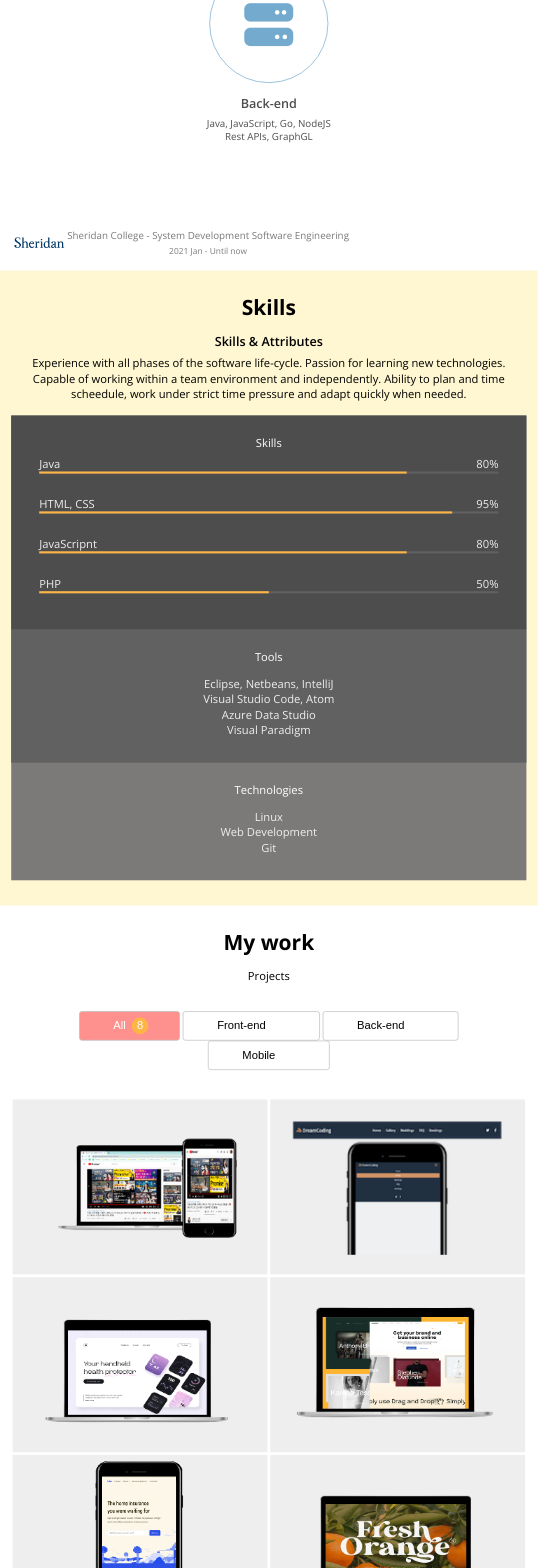
Repository: jennyjjung/portfolio.v0
Page: index.html
An editor plug-in stored every save of this project. The page is shown before and after the next save, followed by the edit.
The browser window is 768 px wide. The pictures show the part of the page from y = 1472 to 3712 px (the page is 4911 px tall before and 4831 px after), at 70% of full size.
Some web libraries are served in a nearby version.

Above is the page before, as saved 2022-02-28 12:04:29.

### index.html
<!DOCTYPE html>
<html lang="en">

<head>
  <meta charset="UTF-8">
  <meta http-equiv="X-UA-Compatible" content="IE=edge">
  <meta name="viewport" content="width=device-width, initial-scale=1.0">
  <title>Jenny's Portfolio</title>
  <meta name="description" content="Portfolio for world-renowned software engineer Jenny">
  <meta nema="author" content="Jenny">
  <link rel="icon" type="image/png" href="imgs/favicon.png" />
  <script src="https://kit.fontawesome.com/3a426e8432.js" crossorigin="anonymous"></script>
  <link rel="preconnect" href="https://fonts.googleapis.com">
  <link rel="preconnect" href="https://fonts.gstatic.com" crossorigin>
  <link href="https://fonts.googleapis.com/css2?family=Open+Sans:wght@400;600;700&display=swap" rel="stylesheet">
  <link rel="stylesheet" href="style.css" />
  <script src="main.js" defer></script>
</head>

<body>
  <!-- Navbar -->
  <nav id="navbar">
    <div class="navbar__logo">
      <i class="fab fa-diaspora"></i>
      <a href="#">Jenny</a>
    </div>
    <div class="navbar__menu">
        <li class="navbar__menu__item active" data-link="#home">Home</li>
        <li class="navbar__menu__item" data-link="#about">About</li>
        <li class="navbar__menu__item" data-link="#skills">Skills</li>
        <li class="navbar__menu__item" data-link="#work">My Work</li>
        <li class="navbar__menu__item" data-link="#testimonials">Testimonial</li>
        <li class="navbar__menu__item" data-link="#contact">Contact</li>
    </div>

    <!-- Toggel button -->
    <button class="navbar__toggle-btn">
      <i class="fas fa-bars"></i>
    </button>



  </nav>

  <!-- Home -->
  <section id="home">
    <div class= "home__container">
      <img src="imgs/profile.png" alt="Jenny's profile photo" class="home__avartar">
      <h1 class="home__title">Hello, <br>I am a Dream Coder!</h1>
      <h2 class="home__description">A Software Engineer currently residing in Ontario, Canada.</h2>
      <button class="home__contact">Contact Me</button>
    </div>
  </section>

  <!-- About -->
  <section id="about" class="section section__container">
    <h1>About me</h1>
    <p>
      Lorem ipsum dolor sit amet, consectetur adipisicing elit. Reiciendis, sit ex eos deserunt suscipit nobis
      aspernatur iste laudantium quibusdam aut, error iusto porro ut fuga corporis quis expedita, odit beatae?
    </p>
    <div class="about__majors">
      <div class="major">
        <div class="major__icon">
          <i class="fab fa-css3-alt"></i>
        </div>
        <h2 class="major__title">Front-end</h2>
        <div class="major__description">HTML, CSS, JavaScript, TypeScript, <br>React, Vue, Web APIs</div>
      </div>
      <div class="major">
        <div class="major__icon">
          <i class="fas fa-mobile-alt"></i>
        </div>
        <h2 class="major__title">Mobile</h2>
        <div class="major__description">Android, iOS, React Native, Flutter<br>Java, Swift, Kotilin</div>
      </div>
      <div class="major">
        <div class="major__icon">
          <i class="fas fa-server"></i>
        </div>
        <h2 class="major__title">Back-end</h2>
        <div class="major__description">Java, JavaScript, Go, NodeJS<br>Rest APIs, GraphGL</div>
      </div>
    </div>
    <div class="about__org">
      <div class="org">
        <img src="imgs/Sheridan_College_Logo.png" alt="Sheridan College" class="org__logo">
        <div class="job__description">
          <p class="org__name">Sheridan College - System Development Software Engineering</p>
          <p class="org__period">2021 Jan - Until now</p>
        </div>
      </div>
    </div>
  </section>

  <!-- Skills -->
  <section id="skills" class="section">
    <div class="section__container">
      <h1>Skills</h1>
      <h2>Skills & Attributes</h2>
      <p>
        Experience with all phases of the software life-cycle. Passion for learning new technologies. Capable of working
        within a team environment and independently. Ability to plan and time scheedule, work under strict time pressure
        and adapt quickly when needed.
      </p>

      <div class="skillset">
        <div class="skillset__left">
          <h3 class="skillset_title">Skills</h3>
          <div class="skill">
            <div class="skill_description">
              <span>Java</span>
              <span>80%</span>
            </div>
            <div class="skill__bar">
              <div class="skill__value" style="width:80%;"></div>
            </div>
          </div>
          <div class="skill">
            <div class="skill_description">
              <span>HTML, CSS</span>
              <span>95%</span>
            </div>
            <div class="skill__bar">
              <div class="skill__value" style="width:90%;"></div>
            </div>
          </div>
          <div class="skill">
            <div class="skill_description">
              <span>JavaScripnt</span>
              <span>80%</span>
            </div>
            <div class="skill__bar">
              <div class="skill__value" style="width:80%;"></div>
            </div>
          </div>
          <div class="skill">
            <div class="skill_description">
              <span>PHP</span>
              <span>50%</span>
            </div>
            <div class="skill__bar">
              <div class="skill__value" style="width:50%;"></div>
            </div>
          </div>
        </div>

        <div class="skillset__right">
          <div class="tools">
            <h3 class="skillset_title">Tools</h3>
            <ul class="tools__list">
              <li><span>Eclipse, Netbeans, IntelliJ</span></li>
              <li><span>Visual Studio Code, Atom</span></li>
              <li><span>Azure Data Studio</span></li>
              <li><span>Visual Paradigm</span></li>
            </ul>
          </div>
          <div class="technologies">
            <h3 class="skillset_title">Technologies</h3>
            <ul class="tools__list">
              <li><span>Linux</span></li>
              <li><span>Web Development</span></li>
              <li><span>Git</span></li>
            </ul>
          </div>
        </div>
      </div>
    </div>
  </section>

  <!-- Work -->
  <section id="work" class="section">
    <div class="section__container">
      <h1>My work</h1>
      <h3>Projects</h3>
      <div class="work__categories">
        <button class="category__btn selected" data-filter="*">All <span class="category__count">8</span></button>
        <button class="category__btn" data-filter="front-end">Front-end <span class="category__count">3</span></button>
        <button class="category__btn" data-filter="back-end">Back-end <span class="category__count">3</span></button>
        <button class="category__btn" data-filter="mobile">Mobile <span class="category__count">2</span></button>
      </div>

      <div class="work__projects">
        <a href="#" class="project" target="blank" data-type="front-end">
          <img class="project__img" src="imgs/projects/project1.png" alt="project1">
          <div class="project__description">
            <h3>Youtube Site</h3>
            <span>Clone coding with HTML and CSS</span>
          </div>
        </a>


        <a href="#" class="project" target="blank" data-type="back-end">
          <img class="project__img" src="imgs/projects/project2.png" alt="project2">
          <div class="project__description">
            <h3>project2</h3>
            <span>Clone coding with HTML and CSS</span>
          </div>
        </a>

        <a href="#" class="project" target="blank" data-type="front-end">
          <img class="project__img" src="imgs/projects/project3.png" alt="project3">
          <div class="project__description">
            <h3>project3</h3>
            <span>Clone coding with HTML and CSS</span>
          </div>
        </a>

        <a href="#" class="project" target="blank" data-type="back-end">
          <img class="project__img" src="imgs/projects/project4.png" alt="project4">
          <div class="project__description">
            <h3>project4</h3>
            <span>Clone coding with HTML and CSS</span>
          </div>
        </a>

        <a href="#" class="project" target="blank" data-type="mobile">
          <img class="project__img" src="imgs/projects/project5.png" alt="project5">
          <div class="project__description">
            <h3>project5</h3>
            <span>Clone coding with HTML and CSS</span>
          </div>
        </a>


        <a href="#" class="project" target="blank" data-type="front-end">
          <img class="project__img" src="imgs/projects/project6.png" alt="project6">
          <div class="project__description">
            <h3>project6</h3>
            <span>Clone coding with HTML and CSS</span>
          </div>
        </a>


        <a href="#" class="project" target="blank" data-type="mobile">
          <img class="project__img" src="imgs/projects/project7.png" alt="project7">
          <div class="project__description">
            <h3>project7</h3>
            <span>Clone coding with HTML and CSS</span>
          </div>
        </a>


        <a href="#" class="project" target="blank" data-type="back-end">
          <img class="project__img" src="imgs/projects/project8.png" alt="project8">
          <div class="project__description">
            <h3>project8</h3>
            <span>Clone coding with HTML and CSS</span>
          </div>
        </a>
      </div>
    </div>
  </section>

  <!-- Testimonials -->
  <section id="testimonials" class="section">
    <div class="section__container">
      <h1>Testimonials</h1>
      <h3>See what they say about me</h3>
      <div class="testimonials">
        <div class="testimonial">
          <img src="imgs/testimonial/bob.jpg" alt="People" class="testimonial__avatar">
          <div class="testimonial__speech-bubble">
            <p>Lorem ipsum dolor sit amet consectetur adipisicing elit. Laboriosam, labore rem? Totam, vitae. Explicabo accusantium fuga, blanditiis dicta placeat ducimus delectus incidunt atque illo debitis nemo exercitationem animi consequatur rerum.</p>
            <p class="name"><a href="#">Ellie </a>/ Samsung</p>
          </div>
        </div>
      </div>

      <div class="testimonials">
        <div class="testimonial">
          <div class="testimonial__speech-bubble">
            <p>Lorem ipsum dolor sit amet consectetur adipisicing elit. Laboriosam, labore rem? Totam, vitae. Explicabo accusantium fuga, blanditiis dicta placeat ducimus delectus incidunt atque illo debitis nemo exercitationem animi consequatur rerum.</p>
            <p class="name"><a href="#">Chris </a>/ Samsung</p>
          </div>
          <img src="imgs/testimonial/bob.jpg" alt="People" class="testimonial__avatar">
        </div>
      </div>
    </div>

  </section>

  <!-- Contact -->
  <section id="contact" class="section">
    <h1 class="contact__title">Let's talk</h1>
    <h2 class="contact__email">jungjuyo@sheridancollege.ca</h2>
    <div class="contact__links">
      <a href="https://github.com/jennyjjung" target="_blank">
        <i class="fa fa-github"></i>
      </a>
      <a href="https://www.linkedin.com/in/jennyjjung" target="_blank">
        <i class="fa fa-linkedin-square"></i>
      </a>
    </div>
    <p class="contact__rights">2021 Jenny Juyoung Jung - All reights reserved</p>
  </section>

  <!-- Arrow up-->
  <button class="arrow-up">
    <i class="fa-solid fa-arrow-up"></i>
  </button>
</body>

</html>

### style.css
/* Global */
:root {
  /* Color */
  --color-white: #ffffff;
  --color-light-white: #eeeeee;
  --color-dark-white: #bdbdbd;
  --color-pink: #fe918d;
  --color-dark-pink: #ff6863;
  --color-dark-grey: #4d4d4d;
  --color-grey: #616161;
  --color-light-grey: #7c7979;
  --color-blue: #73aace;
  --color-yellow: #fff7d1;
  --color-orange: #feb546;
  --color-black: #000000;

  /* Font weight */
  --weight-bold: 700;
  --weight-semi-bold: 600;
  --weight-regular: 400;

  /* Font Size */
  --font-large: 48px;
  --font-medium: 28px;
  --font-regular: 18px;
  --font-small: 16px;
  --font-micro: 14px;

  /* Size */
  --size-border-radius: 4px;

  /* Animation */
  --animation-duration: 300ms;
}

/* Universal tags */
* {
  box-sizing: border-box;
}

body {
  margin: 0;
  font-family: "Open Sans", sans-serif;
  cursor: default;
}

a {
  text-decoration: none;
  color: var(--color-white);
}

ul {
  list-style: none;
  padding-left: 0;
}

li {
  list-style: none;
}

button {
  background-color: transparent;
  cursor: pointer;
  border: none;
  outline: none;
}

/* Typography */
h1 {
  font-size: var(--font-large);
  font-weight: var(--weight-bold);
  color: var(--color-black);
  margin: 16px 0px;
}

h2 {
  font-size: var(--font-medium);
  font-weight: var(--weight-semi-bold);
  color: var(--color-black);
  margin: 8px 0;
}

h3 {
  font-size: var(--font-regular);
  font-weight: var(--weight-regular);
  color: var(--color-black);
  margin: 8px 0;
}

p {
  font-size: var(--font-regular);
  font-weight: var(--weight-regular);
  color: var(--color-black);
  margin: 4px 0;
}

/* Navbar */
#navbar {
  position: fixed;
  width: 100%;
  display: flex;
  justify-content: space-between;
  background-color: transparent;
  align-items: center;
  color: var(--color-white);
  padding: 16px;
  transition: all var(--animation-duration) ease-in-out;
  z-index: 1;
}

#navbar.navbar--dark {
  background-color: var(--color-pink);
  padding: 5px;
}

.navbar__menu {
  display: flex;
}

.navbar__logo {
  font-size: var(--font-medium);
  font-weight: var(--weight-semi-bold);
}

.navbar__menu__item {
  padding: 8px 12px;
  margin: 0 4px;
  cursor: pointer;
  color: var(--color-white);
  border: 1px solid transparent;
  border-radius: var(--size-border-radius);
}

.navbar__menu__item:hover {
  border-color: var(--color-white);
  background-color: var(--color-dark-pink);
}

.navbar__toggle-btn {
  position: absolute;
  right: 32px;
  font-size: 24px;
  color: var(--color-white);
  top: 24px;
  display: none;
}

/* Home */
#home {
  background: url("imgs/homebackground.png") center/cover no-repeat;
  padding: 40px;
  padding-top: 120px;
  text-align: center;
}

.home__avartar {
  width: 250px;
  height: 250px;
  border-radius: 50%;
  border: 2px solid var(--color-light-white);
}

.home__title,
.home__description {
  color: var(--color-white);
}

.home__contact {
  color: var(--color-light-white);
  font-size: var(--font-regular);
  font-weight: var(--weight-bold);
  margin: 24px;
  padding: 8px 12px;
  border: 2px solid var(--color-light-white);
  border-radius: var(--size-border-radius);
}

.home__contact:hover {
  background-color: var(--color-orange);
}

/* Section common */
.section {
  padding: 50px;
  text-align: center;
  margin: auto;
}

.section__container {
  max-width: 1200px;
  margin: auto;
}

/* About */
.about__majors {
  display: flex;
  justify-content: space-between;
  margin: 80px 0;
}

.major__icon {
  width: 170px;
  height: 170px;
  line-height: 170px;
  font-size: 70px;
  margin: auto;
  color: var(--color-blue);
  border: 1px solid var(--color-blue);
  border-radius: 50%;
  margin-bottom: 16px;
}

.major__icon i {
  transition: all var(--animation-duration) ease;
}

.major__icon:hover i {
  color: var(--color-pink);
  transform: rotate(-30deg) scale(1.1);
}

.major__title,
.major__description {
  color: var(--color-dark-grey);
}

.major__description {
  font-size: var(--font-small);
}

.org {
  display: flex;
  align-items: center;
}

.org img {
  width: 80px;
}

.org__description {
  margin: 0 16px;
  text-align: left;
}

.org__name,
.org__period {
  color: var(--color-light-grey);
}

.org__name {
  font-size: var(--font-small);
}

.org__period {
  font-size: var(--font-micro);
}

/* Skill */

#skills {
  background-color: var(--color-yellow);
}

.skillset {
  display: flex;
  background-color: var(--color-light-grey);
  color: var(--color-light-white);
  margin: 20px 0;
}

.skillset_title {
  color: var(--color-white);
}

.skillset__left {
  flex-basis: 60%;
  background-color: var(--color-dark-grey);
  padding: 20px 40px;
}

.skill {
  margin-bottom: 32px;
}

.skill_description {
  display: flex;
  justify-content: space-between;
}

.skill__bar {
  width: 100%;
  height: 3px;
  background-color: var(--color-grey);
}

.skill__value {
  height: 3px;
  background-color: var(--color-orange);
}

.skillset__right {
  flex-basis: 40%;
}

.tools {
  background-color: var(--color-grey);
}

.tools,
.technologies {
  padding: 20px;
}

/* Work */

.work__categories {
  margin: 40px;
}
.category__btn {
  border: 1px solid var(--color-dark-white);
  border-radius: var(--size-border-radius);
  font-size: var(--font-regular);
  padding: 8px 48px;
}

.category__btn.selected,
.category__btn:hover {
  background-color: var(--color-pink);
  color: var(--color-white);
}

.category__btn.selected .category__count,
.category__btn:hover .category__count {
  opacity: 1;
  top: 0;
}

.category__count {
  background-color: var(--color-orange);
  border-radius: 50%;
  color: var(--color-white);
  width: 24px;
  line-height: 24px;
  display: inline-block;
  position: relative;
  top: -20px;
  left: 4px;
  opacity: 0;
  transition: all var(--animation-duration);
}

.work__projects {
  display: flex;
  flex-wrap: wrap;
  justify-content: center;
  opacity: 1;
  transition: all var(--animation-duration) ease-out;
}

.work__projects.anim-out {
  opacity: 0;
  transform: scale(0.96) translateY(40px);
}

.project {
  display: flex;
  justify-content: center;
  align-items: center;
  position: relative;
  width: 280px;
  height: 250px;
  margin: 2px;
  background-color: var(--color-light-white);
}

.project.invisible {
  display: none;
}

.project__img {
  max-width: 100%;
  max-height: 100%;
}

.project__description {
  display: flex;
  flex-direction: column;
  justify-content: center;
  background-color: black;
  position: absolute;
  top: 0;
  left: 0;
  width: 100%;
  height: 100%;
  opacity: 0;
  transform: translateY(10px);
  transition: all var(--animation-duration) ease;
}

.project:hover .project__description {
  opacity: 0.8;
  transform: translateY(0px);
}

.project__description h3 {
  color: var(--color-orange);
}

.project__description h3:after {
  content: "";
  display: block;
  position: relative;
  left: 50%;
  width: 50px;
  height: 2px;
  transform: translateX(-50%);
  margin-top: 8px;
  background-color: var(--color-dark-white);
}

/* Testimonials */

#testimonials {
  background-color: var(--color-light-white);
}

.testimonials {
  margin: 40px;
}

.testimonial {
  display: flex;
  margin: 32px 0;
}

.testimonial__avatar {
  width: 150px;
  height: 150px;
  border-radius: 50%;
}

.testimonial__avatar:nth-child(odd) {
  margin-right: 40px;
}

.testimonial__avatar:nth-child(even) {
  margin-left: 40px;
}

.testimonial__speech-bubble {
  padding: 18px;
  background-color: var(--color-white);
  border-radius: var(--size-border-radius);
}

.testimonial__speech-bubble p {
  color: var(--color-light-grey);
}

.testimonial__speech-bubble a {
  color: var(--color-pink);
}

/* Contact */

#contact {
  background-color: var(--color-pink);
}

.contact__title,
.contact__email,
.contact__rights {
  color: var(--color-white);
}

.contact__title {
  margin: 32px 0;
}

.contact__links {
  font-size: var(--font-large);
  margin: 24px 0;
  transition: all var(--animation-duration);
}

.contact__links i:hover {
  transform: scale(1.1);
  color: var(--color-light-grey);
}

/* Scroll */
.arrow-up {
  position: fixed;
  bottom: 50px;
  right: 50px;
  width: 70px;
  height: 70px;
  font-size: 50px;
  color: var(--color-white);
  background-color: var(--color-pink);
  border-radius: 50%;
  opacity: 0;
  pointer-events: none;
  transition: opacity 300ms ease-in;
}

.arrow-up.visible {
  opacity: 1;
  pointer-events: auto;
}

/* For below 768px screen width */
@media screen and (max-width: 768px) {
  :root {
    /* Font Size */
    --font-large: 30px;
    --font-medium: 18px;
    --font-regular: 16px;
    --font-small: 14px;
    --font-micro: 12px;
  }
  .navbar__toggle-btn {
    display: block;
  }

  #navbar {
    flex-direction: column;
    align-items: flex-start;
    background-color: var(--color-pink);
  }

  #navbar.navbar--dark {
    padding: 16px;
  }

  .navbar__menu {
    flex-direction: column;
    text-align: center;
    width: 100%;
    display: none;
  }

  .navbar__menu.open {
    display: block;
  }

  .section {
    padding: 16px;
  }

  .about__majors {
    flex-direction: column;
    margin-top: 30px;
  }

  .major {
    margin-bottom: 38px;
  }

  .skillset {
    flex-direction: column;
  }

  .project {
    flex-grow: 1;
  }

  .testimonial__avatar {
    width: 80px;
    height: 80px;
  }
}

### main.js
'use strict';


// Make navbar transparent when it is on the top
const navbar = document.querySelector('#navbar');
const navbarHeight = navbar.getBoundingClientRect().height;

document.addEventListener('scroll', () => {
  // console.log(window.scrollY);
  // console.log(`navbarHeight: ${navbarHeight}`);

  if(window.scrollY > navbarHeight) {
    navbar.classList.add('navbar--dark');
  } else {
    navbar.classList.remove('navbar--dark');
  }
});

// Handle scrolling when tapping on the navbar menu
const navbarMenu = document.querySelector('.navbar__menu');
navbarMenu.addEventListener('click', (event) => {
  const target = event.target;
  const link = target.dataset.link;

  if (link == null) {
    return;
  }
  //console.log(event.target.dataset.link);
  navbarMenu.classList.remove('open');
  scrollIntoView(link);
});

// Navbar toggle button for small screen
const navbarToggleBtn = document.querySelector('.navbar__toggle-btn');
navbarToggleBtn.addEventListener('click', () => {
  navbarMenu.classList.toggle('open');
});


// Handle click on "contact me" button on home
const homeContactBtn = document.querySelector('.home__contact');

homeContactBtn.addEventListener('click', (event) => {
  scrollIntoView('#contact');
});

// Make home slowly fade to transparent as the window scrolls down
const home = document.querySelector('.home__container');
const homeHeight = home.getBoundingClientRect().height;
document.addEventListener('scroll', () => {
  //console.log(1 - window.scrollY / homeHeight);
  home.style.opacity = 1 - window.scrollY / homeHeight;
});

// Show "arrow up" button when scrolling down
const arrowUp = document.querySelector('.arrow-up');
document.addEventListener('scroll', () => {
  if(window.scrollY > homeHeight / 2) {
    arrowUp.classList.add('visible');
  } else {
    arrowUp.classList.remove('visible');
  }
});

// Handle click on the "arrow up" button
arrowUp.addEventListener('click', () => {
  scrollIntoView('#home');
});

// Projects
const workBtnContainer = document.querySelector('.work__categories');
const projectContainer = document.querySelector('.work__projects');
const projects = document.querySelectorAll('.project');
workBtnContainer.addEventListener('click', (e) => {
  const filter = e.target.dataset.filter || e.target.parentNode.dataset.filter;

  if (filter == null) {
    return;
  }

  // Remove selection from the previous item and select the new one
  const active = document.querySelector('.category__btn.selected');
  active.classList.remove('selected');
  const target =
    e.target.nodeName === 'BUTTON' ? e.target : e.target.parentNode;
  target.classList.add('selected');

  projectContainer.classList.add('anim-out');
  setTimeout(() => {
    projects.forEach((project) => {
      console.log(project.dataset.type);
      if (filter === '*' || filter === project.dataset.type) {
        project.classList.remove('invisible');
      } else {
        project.classList.add('invisible');
      }
    });
    projectContainer.classList.remove('anim-out');
  }, 300);

  // console.log('----------------');
  // for (let project of projects) {
  //   console.log(project);
  // }

  // console.log('----------------');
  // let project;
  // for (let i = 0; i < projects.length; i++) {
  //   project = projects[i];
  // }

});


// extract method that is repeating
function scrollIntoView(selector) {
  const scrollTo = document.querySelector(selector);
  scrollTo.scrollIntoView({behavior: 'smooth'});
};

After the next save:
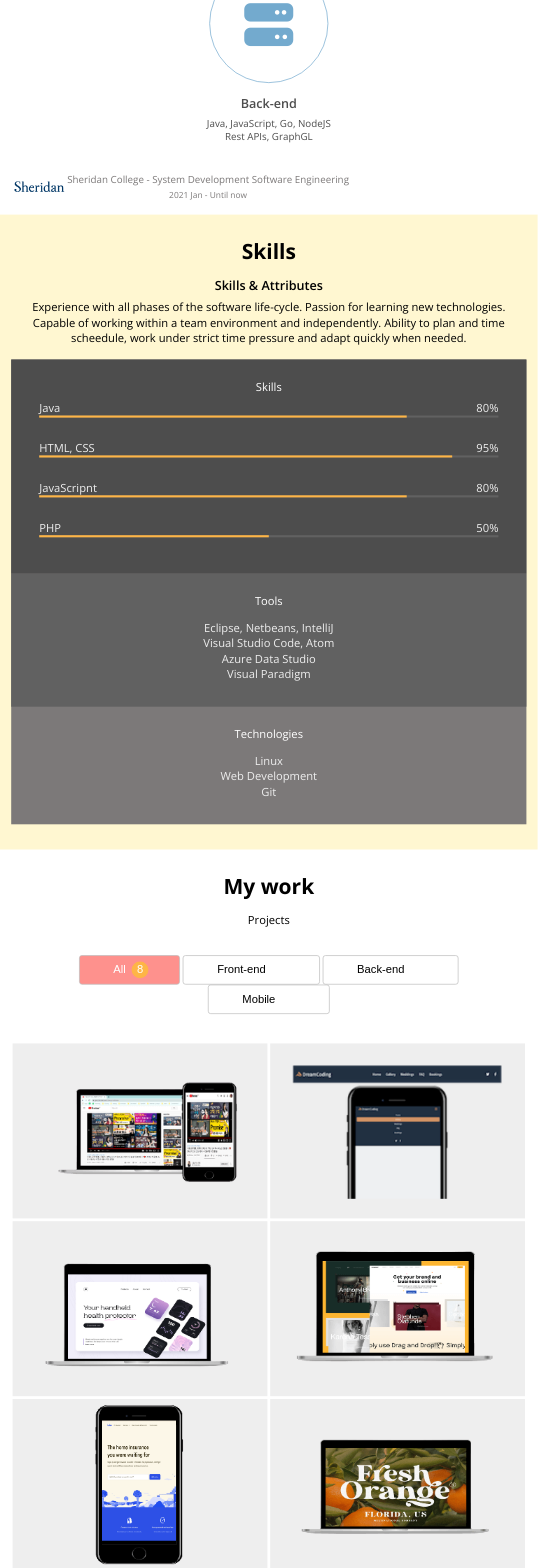
Saved 21 s later.
--- a/style.css
+++ b/style.css
@@ -551,6 +551,7 @@ p {
   .about__majors {
     flex-direction: column;
     margin-top: 30px;
+    margin-bottom: 0px;
   }
 
   .major {
